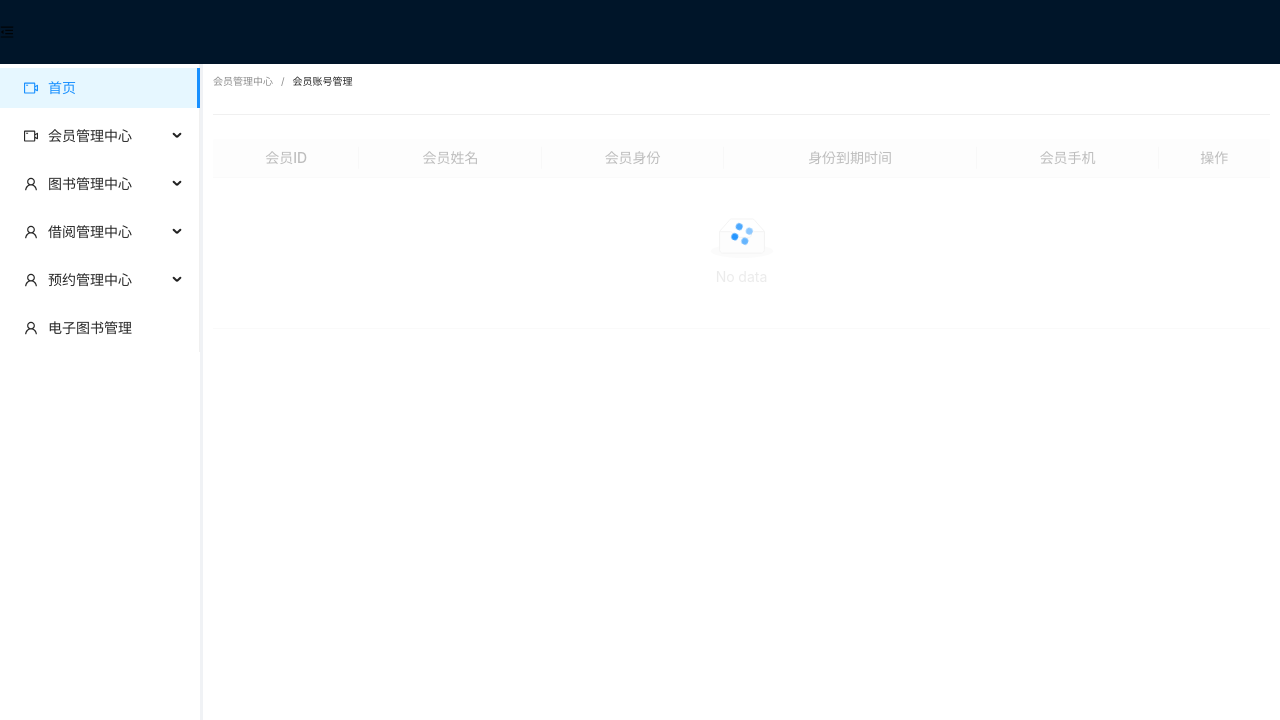
Repository: font-ds/cssy-manage
Page: /vipmanage/vipmanage1
These files come from the project's save history. The page is drawn as it stood at one moment and after the next save; the edit follows.
The browser window is 1280 px wide. The pictures show the whole page.
The page's requests for data from a server got no answer. The project was rebuilt for these pictures with package versions that can differ from the ones it lists, and the page was loaded fresh each time. Some packages were replaced by stand-ins written for this rebuild. No one was signed in, and anything a server would have sent is missing. Also part of the build but not shown: src/pages/auth/vipManage/coupon/index.tsx, src/pages/auth/vipManage/manage/detail/components/util.tsx, src/pages/auth/vipManage/manage/detail/components/appointTable.tsx, src/pages/auth/vipManage/manage/detail/components/leadTable.tsx, src/pages/auth/vipManage/manage/detail/index.scss, src/pages/auth/vipManage/manage/detail/index.tsx, src/pages/auth/vipManage/manage/add/index.scss, src/pages/auth/vipManage/manage/add/index.tsx and 4 more. Imported but missing from the stored project, and not drawn on this page: src/pages/auth/index/index, src/reportWebVitals, src/store/test.

Above is the page before, as saved 2022-09-14 18:14:46.

After the next save:
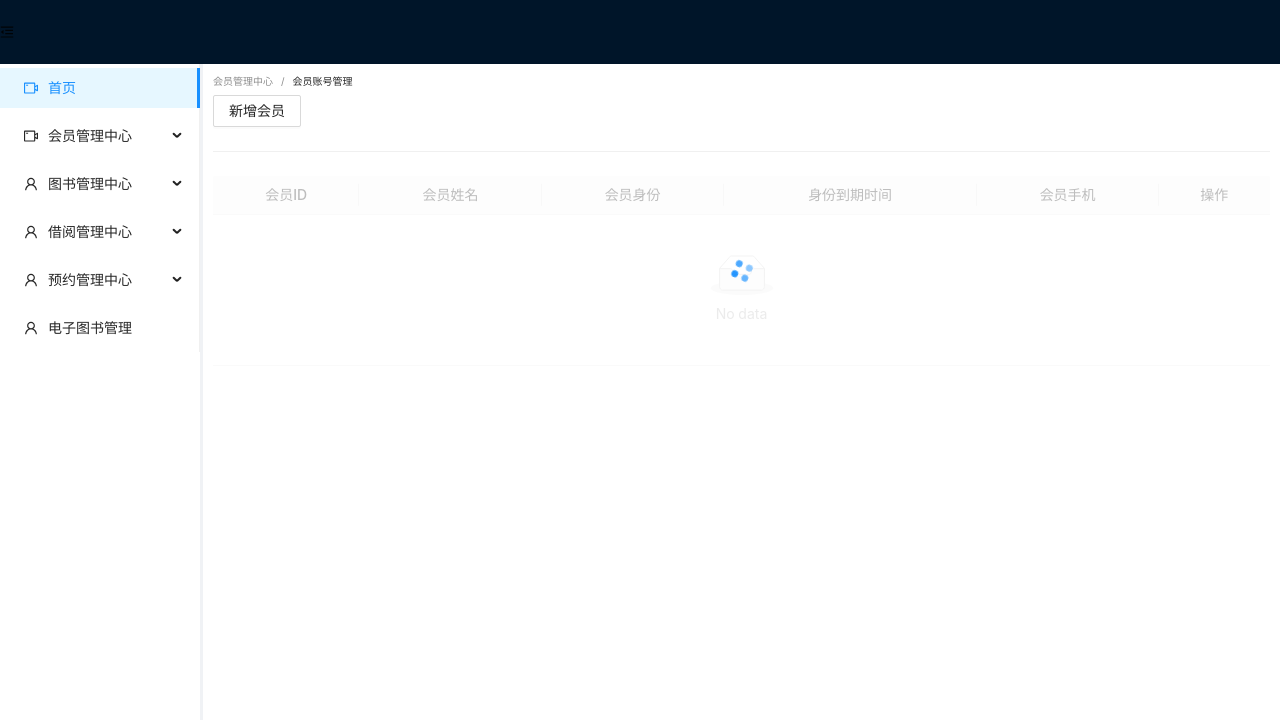
Saved 8 s later.
--- a/src/pages/auth/vipManage/manage/index.tsx
+++ b/src/pages/auth/vipManage/manage/index.tsx
@@ -23,7 +23,7 @@ export default function Index() {
 
   return (
   <>
-
+    <Button>新增会员</Button>
     <Divider></Divider>
     <Table
         loading={isLoading}
